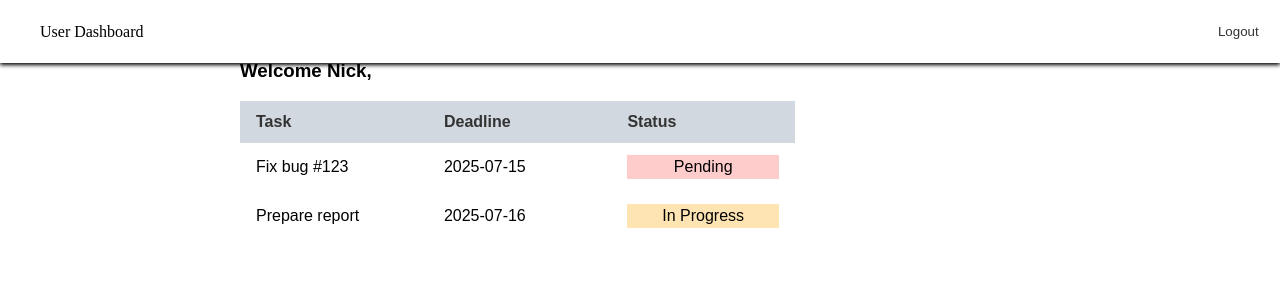
Repository: Edmund-Kiama/todoPHP
Page: /user (app in task-manager-frontend/)
The author's editor kept a copy of each file at every save. The page is drawn from the files as they stood at one save, then again after the next save.
The browser window is 1280 px wide. The pictures show the whole page.
The project was rebuilt for these pictures with package versions that can differ from the ones it lists, and the page was loaded fresh each time. Also part of the build but not shown: task-manager-frontend/vite.config.js, task-manager-frontend/src/components/Login/login.css, task-manager-frontend/src/components/Login/Login.vue, task-manager-frontend/src/components/Admin/admin.css, task-manager-frontend/src/components/Admin/AdminDashboard.vue.

Above is the page before, as saved 2025-07-12 22:26:49.

After the next save:
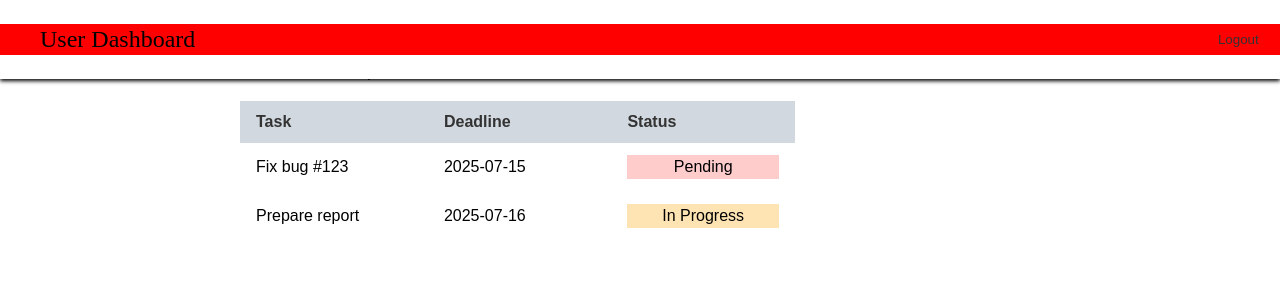
Saved 17 s later.
--- a/task-manager-frontend/src/components/Navbar/nav.css
+++ b/task-manager-frontend/src/components/Navbar/nav.css
@@ -9,11 +9,12 @@
 }
 .navbar ul {
     display: flex;
+    background-color: red;
     justify-content: space-between;
     align-items: center;
     gap: 1rem;
     list-style: none;
-    font-size: 1em;
+    font-size: 1.5em;
 }
 .navbar ul li {
     display: flex;
